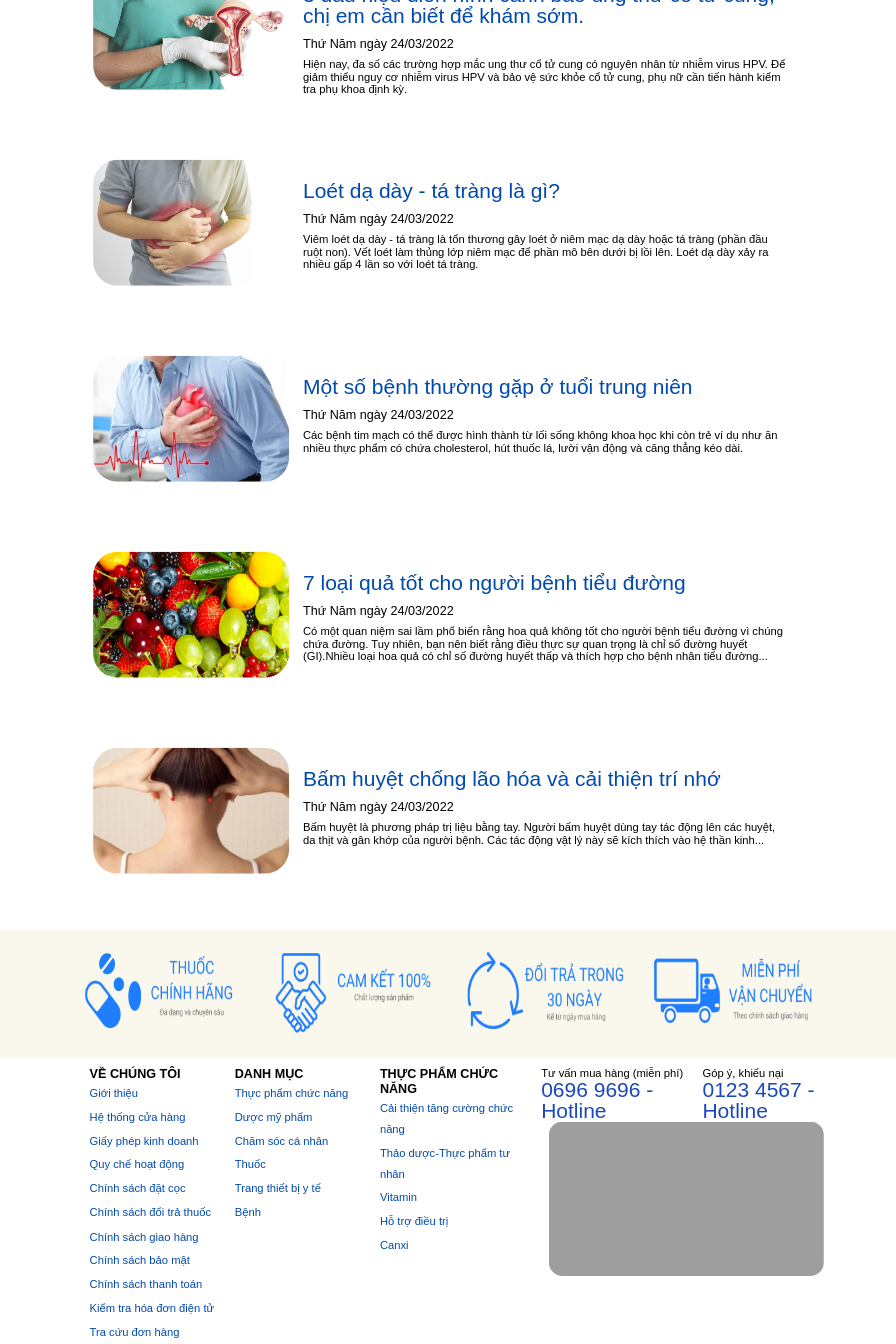
Repository: ViralAIWorks/TamAnPharmacy.github.io
Page: pages/suckhoe.html
The author's editor kept a copy of each file at every save. The page is drawn from the files as they stood at one save, then again after a run of saves.
The browser window is 1280 px wide. The pictures show the part of the page from y = 663 to 2583 px (the page is 2583 px tall), at 70% of full size.
Pictures or frames that could not be fetched are drawn as grey boxes. Some web fonts or font styles are not loaded; a fallback is used.

Above is the page before, as saved 2022-03-23 18:07:24.
Console error: ReferenceError: Swiper is not defined

After the next 2 saves:
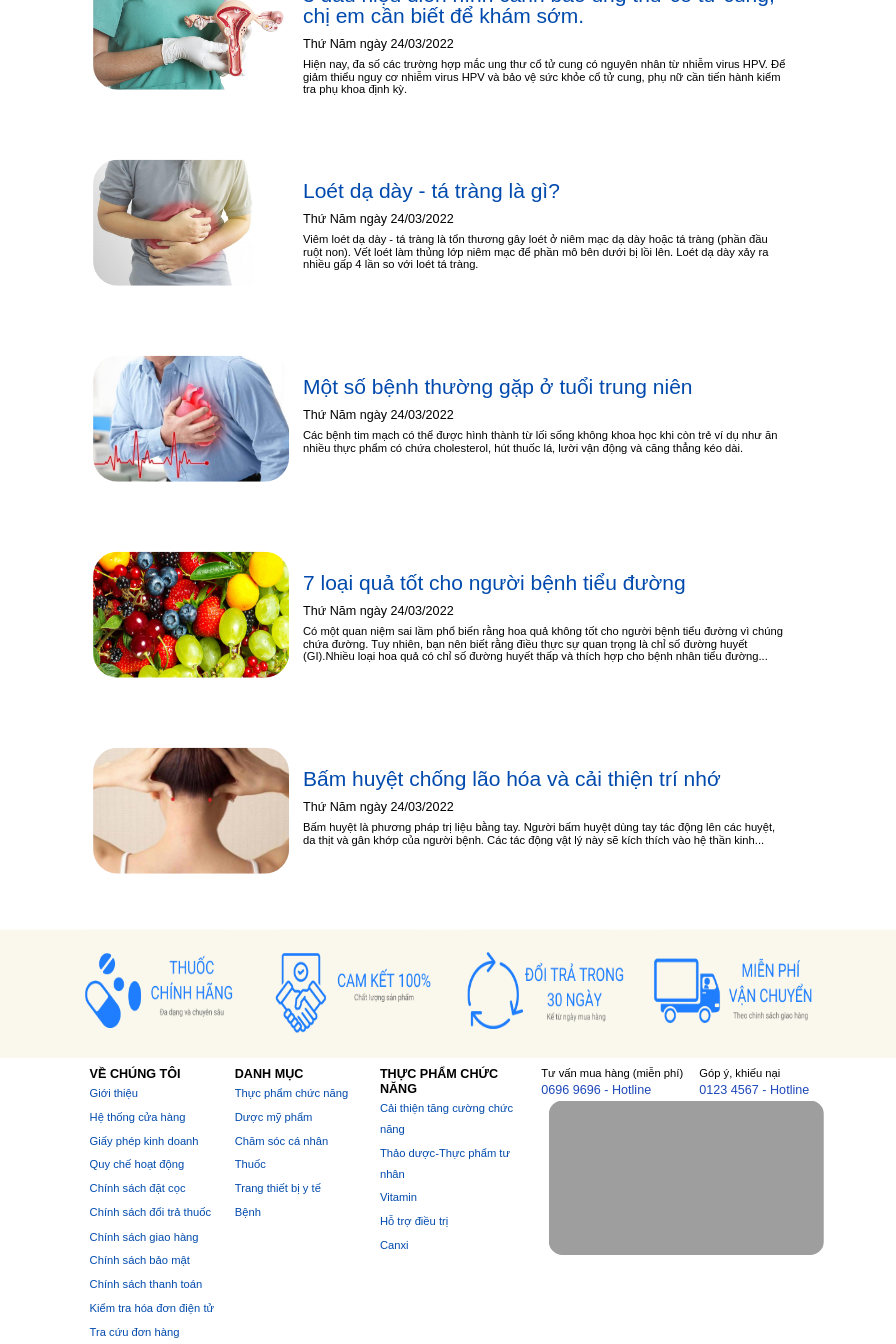
The 2 saves are shown as one change because they came seconds apart.
The last was saved 74 s later.
--- a/pages/suckhoe.css
+++ b/pages/suckhoe.css
@@ -194,7 +194,7 @@
         line-height: 30px;
     }
 
-    a~.phone {
+    .phone {
         font-size: 18px;
     }
 
